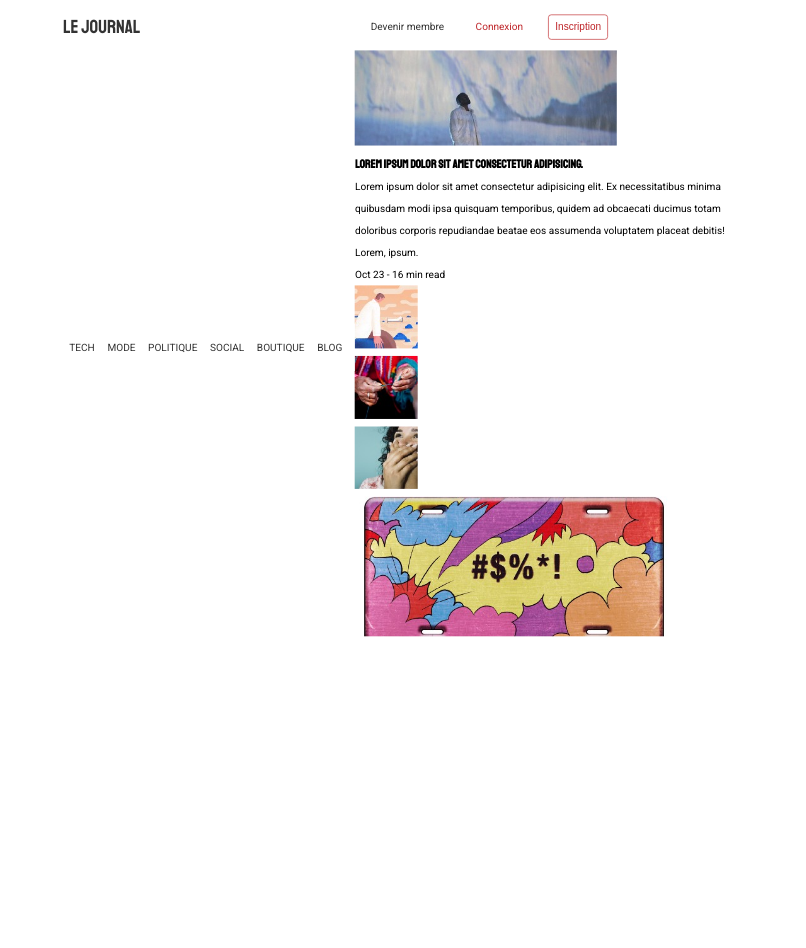
Repository: AmelYahyaoui/journal
Page: index.html
An editor plug-in stored every save of this project. The page is shown before and after the next save, followed by the edit.
The browser window is 1280 px wide. The pictures show the whole page, at 63% of full size.
Some web libraries are served in a nearby version.

Above is the page before, as saved 2024-10-08 13:41:34.

### index.html
<!DOCTYPE html>
<html lang="en">
<head>
  <meta charset="UTF-8">
  <meta name="viewport" content="width=device-width, initial-scale=1.0">
  <link rel="stylesheet" href="./css/style.css">
  <!-- font awesome pour les icons -->
  <script src="https://kit.fontawesome.com/86cd9e8130.js" crossorigin="anonymous"></script>
  <link rel="stylesheet" media="only screen and (max-width:500px)"  href="./css/style.mobile.css">
  <!-- googl fonts(font family on deux:staatliches et roboto) -->
  <link href="https://fonts.googleapis.com/css2?family=Staatliches&display=swap" rel="stylesheet">
  <link href="https://fonts.googleapis.com/css2?family=Roboto:ital,wght@0,100;0,300;0,400;0,500;0,700;0,900;1,100;1,300;1,400;1,500;1,700;1,900&family=Staatliches&display=swap" rel="stylesheet">
  <title>Journal | Acceuil</title>
</head>
<body>
  <div class="container">
    <header>
      <a href="#" class="logo">le journal</a>
       <ul>
        <li><a href="">Devenir membre</a></li>
        <li><a class="text-primary" href="">Connexion</a></li>
        <li><button class="btn btn-light" href="">Inscription</></li>
       </ul>


     <nav>
      <a href="#">TECH</a>
      <a href="#">MODE</a>
      <a href="#">POLITIQUE</a>
      <a href="#">SOCIAL</a>
      <a href="#">BOUTIQUE</a>
      <a href="#">BLOG</a>
    </nav>

    <section class="">
      <article class="partie1">
        <img src="img/img/bloc-1.jpeg" alt="">
        <h3>Lorem ipsum dolor sit amet consectetur adipisicing.</h3>
        <p>Lorem ipsum dolor sit amet consectetur adipisicing elit. Ex necessitatibus minima quibusdam modi ipsa quisquam temporibus, quidem ad obcaecati ducimus totam doloribus corporis repudiandae beatae eos assumenda voluptatem placeat debitis!</p>
        <p>Lorem, ipsum.</p>
        <p>Oct 23 - 16 min read</p>
        <icons></icons>
      </article>
      <article class="">
        <img src="img/img/bloc-2.jpeg" alt="">
        <h3></h3>
        <p></p>
        <p></p>
        <p></p>
        <icons></icons>
      </article>
      <article class="">
        <img src="img/img/bloc-3.jpeg" alt="">
        <h3></h3>
        <p></p>
        <p></p>
        <p></p>
        <icons></icons>
      </article>
      <article class="">
        <img src="img/img/bloc-4.jpeg" alt="">
        <h3></h3>
        <p></p>
        <p></p>
        <p></p>
        <icons></icons>
      </article>
      <article class="">
        <img src="img/img/bloc-5.jpeg" alt="">
        <h3></h3>
        <p></p>
        <p></p>
        <p></p>
        <icons></icons>
      </article>
    </section>
      </header>

  </div>
</body>
</html>

### css/style.css
/* & reset */
* {
  margin: 0;
  padding: 0;
  box-sizing: border-box;
}

/* ^ general  */
/* def pour color */
:root {
  --primary: #be2529;
  --dark: #333;
  --secondary: #0d0d0d;
  --gray: #ddd;
  --gray-light: #eee;
  --gray-hint: #555;

}

/* pour tout html */
:root {
  font-size: 62.5%;
}

body {
  font-family: "Roboto", sans-serif;
  font-size: 1.6rem;

}

h1,
h2,
h3,
h4,
h5,
h6 {
  font-family: "Staatliches", cursive;
}

a {
  font-size: 1.6rem;
  color: var(--dark);
  text-decoration: none;
}

ul {
  list-style: none;
}

/* ~ utility */
.container {
  display: block;
  margin: auto;
  max-width: 1100px;
  height: 1500px;
}

.text-primary {
  color: var(--primary);
}

/* hover simple */
.text-primary:hover {
  opacity: 0.8;
}

.btn {
  font-size: 1.6rem;
  padding: 1rem 1rem;
  border-radius: 0.5rem;
  cursor: pointer;
  border: 0px;
  -webkit-border-radius: 0.5rem;
  -moz-border-radius: 0.5rem;
  -ms-border-radius: 0.5rem;
  -o-border-radius: 0.5rem;
  transition: 0.2s;
  -webkit-transition: 0.2s;
  -moz-transition: 0.2s;
  -ms-transition: 0.2s;
  -o-transition: 0.2s;
}

.btn-light {
  background: white;
  border: 1px solid var(--primary);
  color: var(--primary);
}

.btn-light:hover {
  background: var(--primary);
  color: white
}


/* ~ Header */

header {
  display: grid;
  grid-template-columns: 1fr auto;
  place-items: center start;
  line-height: 3.5rem;
  margin: 0.5rem auto;
}

header .logo {
  font-size: 3rem;
  font-family: "Staatliches", cursive;
}

header a {
  display: block;
  padding: 1rem;
}

header ul {
  display: flex;
  align-items: center;
}

header ul li {
  padding: 1rem 1.5rem;
}

/* ^ Navbar */
nav{
  display: flex;
  padding: 1rem;
  justify-content:space-between;
  position: sticky;
  top:0;
  background:#FFFFFF;
}

Loaded but not shown: css/style.mobile.css (no stored copy; drawn as an empty file)

After the next save:
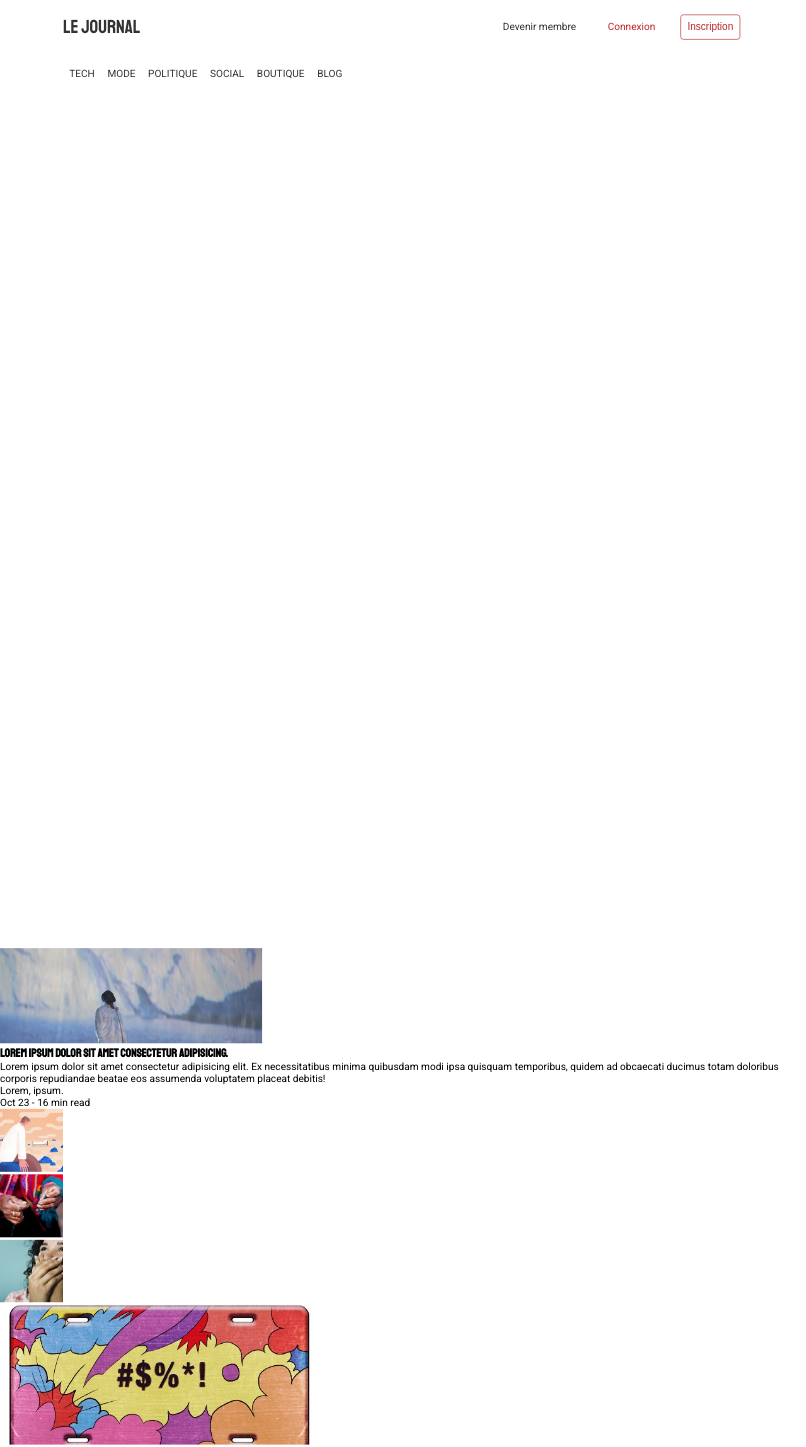
Saved 40 s later.
--- a/index.html
+++ b/index.html
@@ -31,51 +31,51 @@
       <a href="#">BOUTIQUE</a>
       <a href="#">BLOG</a>
     </nav>
+      </header>
+  </div>
 
-    <section class="">
-      <article class="partie1">
-        <img src="img/img/bloc-1.jpeg" alt="">
-        <h3>Lorem ipsum dolor sit amet consectetur adipisicing.</h3>
-        <p>Lorem ipsum dolor sit amet consectetur adipisicing elit. Ex necessitatibus minima quibusdam modi ipsa quisquam temporibus, quidem ad obcaecati ducimus totam doloribus corporis repudiandae beatae eos assumenda voluptatem placeat debitis!</p>
-        <p>Lorem, ipsum.</p>
-        <p>Oct 23 - 16 min read</p>
-        <icons></icons>
-      </article>
-      <article class="">
-        <img src="img/img/bloc-2.jpeg" alt="">
-        <h3></h3>
-        <p></p>
-        <p></p>
-        <p></p>
-        <icons></icons>
-      </article>
-      <article class="">
-        <img src="img/img/bloc-3.jpeg" alt="">
-        <h3></h3>
-        <p></p>
-        <p></p>
-        <p></p>
-        <icons></icons>
-      </article>
-      <article class="">
-        <img src="img/img/bloc-4.jpeg" alt="">
-        <h3></h3>
-        <p></p>
-        <p></p>
-        <p></p>
-        <icons></icons>
-      </article>
-      <article class="">
-        <img src="img/img/bloc-5.jpeg" alt="">
-        <h3></h3>
-        <p></p>
-        <p></p>
-        <p></p>
-        <icons></icons>
-      </article>
-    </section>
-      </header>
+   <section class="">
+    <article class="partie1">
+      <img src="img/img/bloc-1.jpeg" alt="">
+      <h3>Lorem ipsum dolor sit amet consectetur adipisicing.</h3>
+      <p>Lorem ipsum dolor sit amet consectetur adipisicing elit. Ex necessitatibus minima quibusdam modi ipsa quisquam temporibus, quidem ad obcaecati ducimus totam doloribus corporis repudiandae beatae eos assumenda voluptatem placeat debitis!</p>
+      <p>Lorem, ipsum.</p>
+      <p>Oct 23 - 16 min read</p>
+      <icons></icons>
+    </article>
+    <article class="">
+      <img src="img/img/bloc-2.jpeg" alt="">
+      <h3></h3>
+      <p></p>
+      <p></p>
+      <p></p>
+      <icons></icons>
+    </article>
+    <article class="">
+      <img src="img/img/bloc-3.jpeg" alt="">
+      <h3></h3>
+      <p></p>
+      <p></p>
+      <p></p>
+      <icons></icons>
+    </article>
+    <article class="">
+      <img src="img/img/bloc-4.jpeg" alt="">
+      <h3></h3>
+      <p></p>
+      <p></p>
+      <p></p>
+      <icons></icons>
+    </article>
+    <article class="">
+      <img src="img/img/bloc-5.jpeg" alt="">
+      <h3></h3>
+      <p></p>
+      <p></p>
+      <p></p>
+      <icons></icons>
+    </article>
+  </section>
 
-  </div>
 </body>
 </html>
